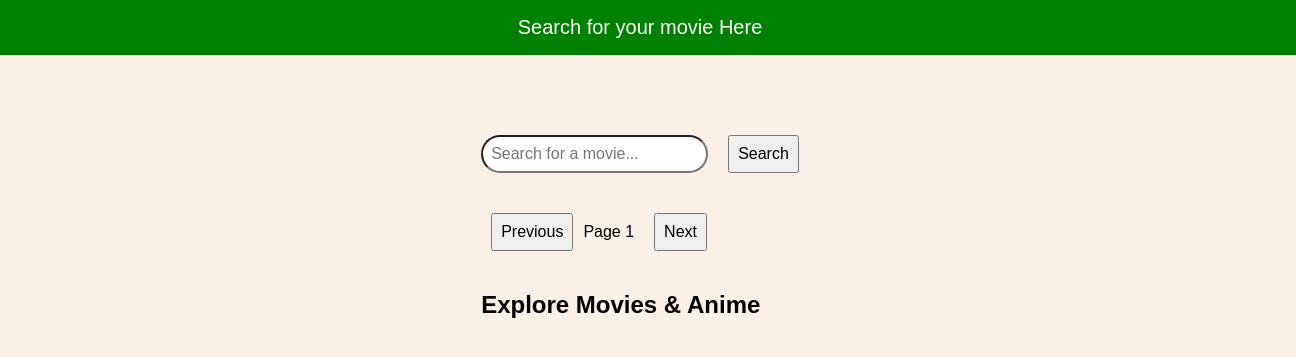
Repository: Femi007-gh/movie-API
Page: index.html
These files come from the project's save history. The page is drawn as it stood at one moment and after the next save; the edit follows.
The browser window is 1280 px wide. The page is 1296 px wide, so the pictures cover 1296 px, including what lies to the right of the window. The pictures show the whole page.
The page's requests for data from a server got no answer.

Above is the page before, as saved 2025-05-10 20:30:06.

After the next save:
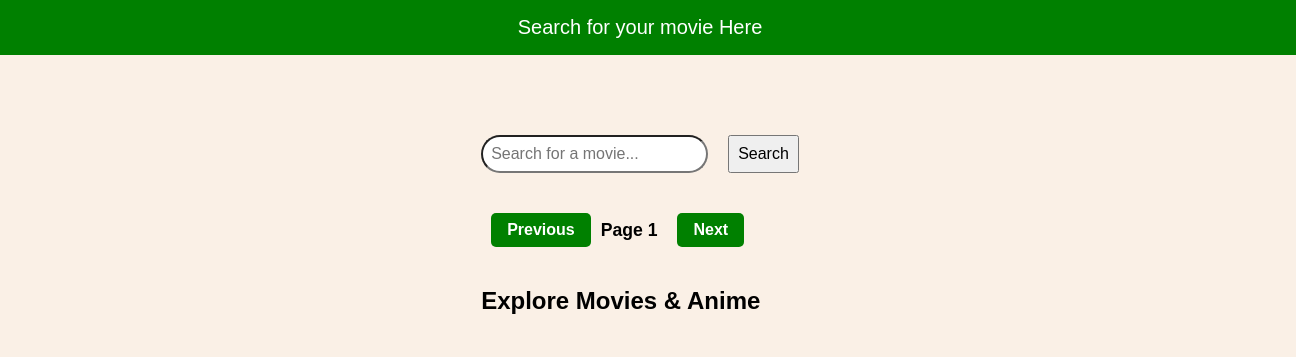
Saved 4 s later.
--- a/style.css
+++ b/style.css
@@ -65,3 +65,29 @@ button {
 .search {
   margin-top: 40px;
 }
+
+#Pagination {
+  margin-top: 20px;
+  display: flex;
+  align-items: center;
+  gap: 10px;
+}
+
+#Pagination button {
+  background-color: green;
+  color: white;
+  border: none;
+  border-radius: 5px;
+  padding: 0.5rem 1rem;
+  cursor: pointer;
+  font-weight: bold;
+}
+
+#Pagination button:hover {
+  background-color: darkgreen;
+}
+
+#pageInfo {
+  font-size: 1.1rem;
+  font-weight: bold;
+}
